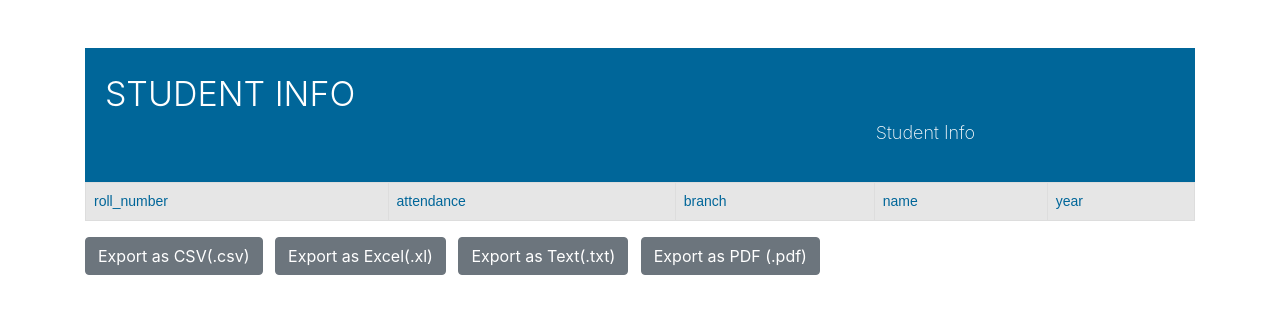
Repository: supranshu/CrystalReportGenerator
Page: http://localhost/produce_report
The author's editor kept a copy of each file at every save. The page is drawn from the files as they stood at one save, then again after the next save.
The browser window is 1280 px wide. The pictures show the whole page.
The page is this project's Thymeleaf template; nobody is signed in. The template is opened directly, without the code that normally fills it, so the values that code supplies are empty.

Above is the page before, as saved 2023-08-07 12:50:22.

### com.report/src/main/resources/templates/produce_report.html
<!DOCTYPE html>
<html xmlns:th="http://www.thymeleaf.org">
<head>
    <meta charset="UTF-8">
    <title>Produce Report</title>
    <link rel="stylesheet" href="https://maxcdn.bootstrapcdn.com/bootstrap/4.5.2/css/bootstrap.min.css">
    <style>
        /* Apply CSS styles here to mimic the appearance of the JRXML table */
        /* You can use inline styles or link to an external CSS file */
        /* Example styles to get you started */
        table {
            border-collapse: collapse;
            width: 100%;
            font-family: "Arial", sans-serif;


        }
        th, td {
            padding: 8px;
            text-align: left;
            border: 1px solid #ddd;
        }
        th {
            font-size: 14px;
            font-weight: 100;
            background-color: #E6E6E6;
            color: #006699;

        }
        td {
            font-size: 14px;
            font-weight: 500;
        }

        .page-header {
            background-color: #006699;
            color: #FFFFFF;
            text-align: left;
            font-size: 34px;
            font-weight: 300;
            padding: 20px;
        }
        .page-header p{
        	text-align: right;
        	font-size: 18px;
        	font-weight: 150;
        	margin-right:200px;
        }
    </style>

</head>

<body>
    <div class="container mt-5">
        <div class="page-header">
	        STUDENT INFO
	        <p>Student Info</p>
	    </div>

		    <table>
		        <thead>
		            <tr>
		                <th>roll_number</th>
		                <th>attendance</th>
		                <th>branch</th>
		                <th>name</th>
		                <th>year</th>
		            </tr>
		        </thead>
		        <tbody>
		            <!-- Loop through students and generate table rows -->
		            <tr th:each="student : ${students}">
		                <td th:text="${student.rollNumber}">Roll Number</td>
		                <td th:text="${student.attendance}">Attendance</td>
		                <td th:text="${student.branch}">Branch</td>
		                <td th:text="${student.name}">Name</td>
		                <td th:text="${student.year}">Year</td>
		            </tr>
		        </tbody>
		    </table>









        <div class="mt-3">
            <a class="btn btn-secondary mr-2" th:href="@{/export/csv(year=${year}, branch=${branch})}" target="_blank">Export as CSV(.csv)</a>
            <a class="btn btn-secondary mr-2" th:href="@{/export/excel(year=${year}, branch=${branch})}" target="_blank">Export as Excel(.xl)</a>
            <a class="btn btn-secondary mr-2" th:href="@{/export/notepad(year=${year}, branch=${branch})}" target="_blank">Export as Text(.txt)</a>
            <a class="btn btn-secondary" th:href="@{/export/pdf(year=${year}, branch=${branch})}" target="_blank">Export as PDF (.pdf)</a>
        </div>
    </div>


</body>
</html>

After the next save:
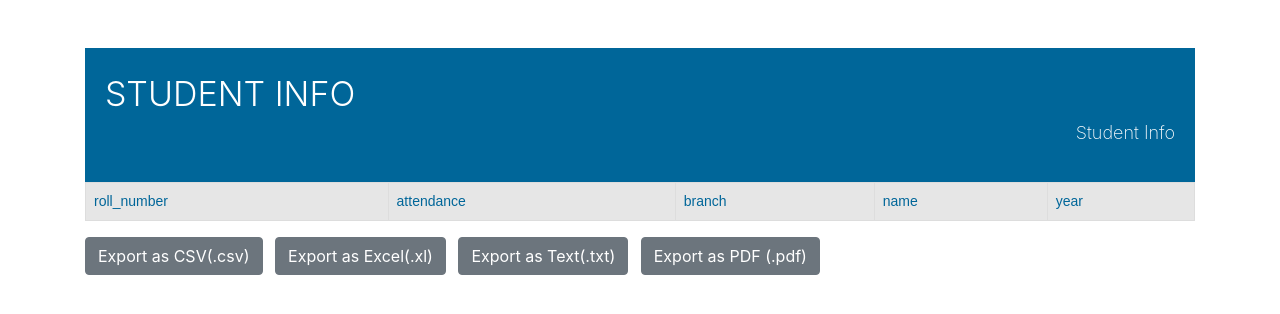
Saved 21 s later.
--- a/com.report/src/main/resources/templates/produce_report.html
+++ b/com.report/src/main/resources/templates/produce_report.html
@@ -44,7 +44,7 @@
         	text-align: right;
         	font-size: 18px;
         	font-weight: 150;
-        	margin-right:200px;
+
         }
     </style>
 
